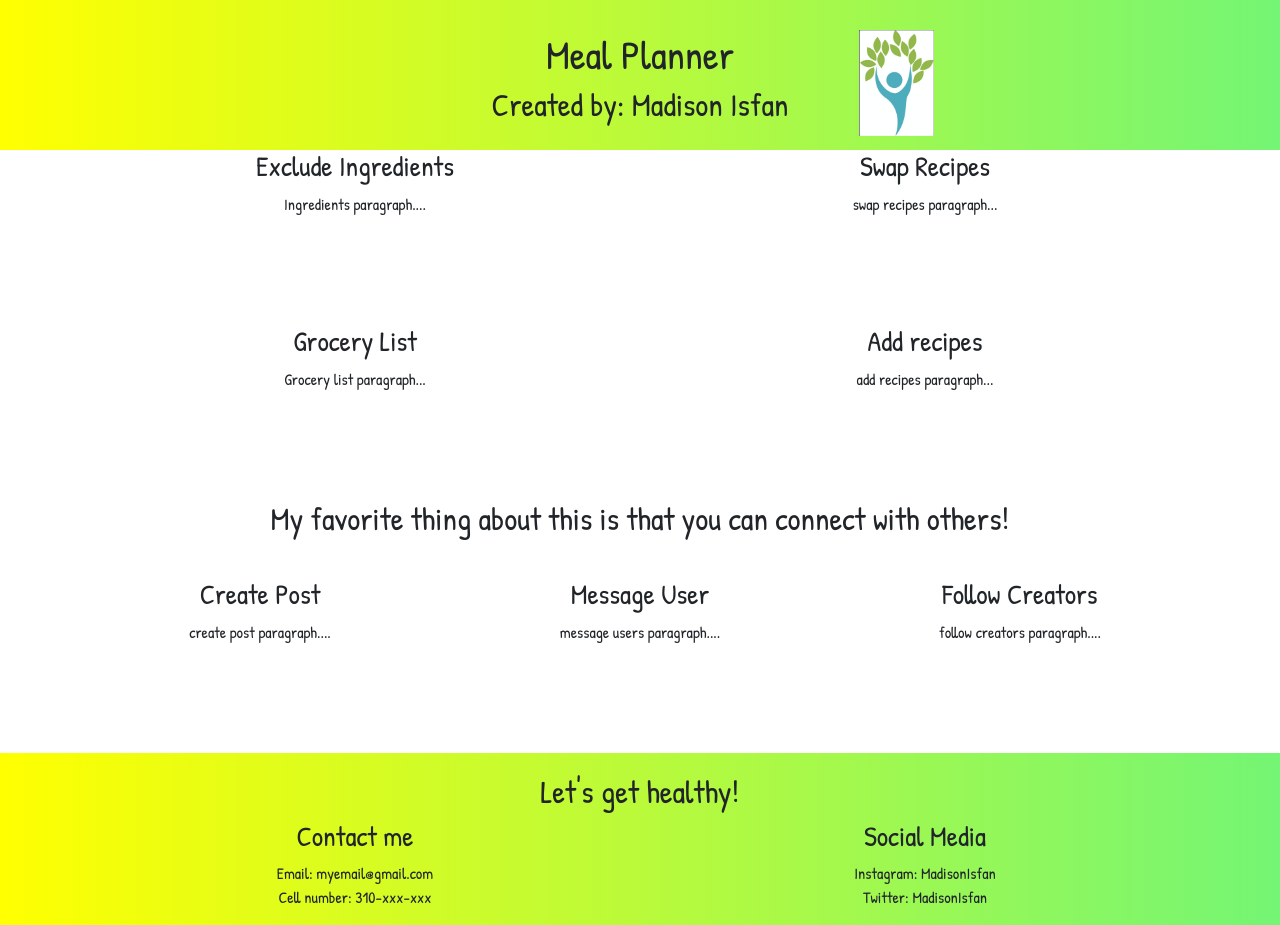
Repository: madisonisfan/Meal-Planner
Page: index.html
An editor plug-in stored every save of this project. The page is shown before and after the next save, followed by the edit.
The browser window is 1280 px wide. The pictures show the whole page.
Some web libraries are served in a nearby version.

Above is the page before, as saved 2021-02-19 11:17:36.

### index.html
<!DOCTYPE html>
<head>

    <meta charset="utf-8"/>
    <meta name="viewport" content="width=device-width, initial-scale=1"/>

    <link rel="stylesheet" href="node_modules/bootstrap/dist/css/bootstrap.min.css" />

    <link rel="stylesheet" href="https://fonts.googleapis.com/css?family=Indie+Flower|Patrick+Hand" />
    <link rel="stylesheet" href="css/styles.css"/>
    <title> Meal Planner </title>
</head>

<body>

    <header class="jumbotron">

            <div class="row  justify-content-md-end"  > <!--"row align-self-center justify-content-start justify-content-lg-between"-->
                <!--<div class="col text-left ">
                    <!--<img src="healthySymbolSc.jpg">
                </div> -->
                <div class="col col-md-4 text-md-center"><!--col-5 col-md text-left text-md-center-->
                    <h1>Meal Planner</h1>
                    <h2>Created by: Madison Isfan</h2>
                </div>

                <div class="col col-md-4 text-right ">
                    <img src="healthySymbolSc.jpg">
                </div>




            </div>

    </header>

    <div class="container ">
        <div class="row row-content">
            <div class="col-12 text-center col-md">
                <h3>Exclude Ingredients</h3>
                <p>Ingredients paragraph....</p>
            </div>
            <div class="col-12 text-center col-md">
                <h3>Swap Recipes</h3>
                <p >swap recipes paragraph...</p>
            </div>
        </div>

        <div class="row row-content ">
            <div class="col-12 text-center col-md">
                <h3>Grocery List</h3>
                <p>Grocery list paragraph...</p>
            </div>
            <div class="col-12 text-center col-md">
                <h3>Add recipes</h3>
                <p>add recipes paragraph...</p>
            </div>
        </div>

    </div> <!--End of container-->

    <div class="container">
        <div class="row align-items-start">
            <div class="col ">
                <h2 class=" extra-header text-center">My favorite thing about this is that you can connect with others!</h2>
            </div>
        </div>
        <div class="row row-content align-items-start justify-content-center" >
            <div class="col-12 text-center col-md">
                <h3>Create Post</h3>
                <p>create post paragraph....</p>

            </div>
            <div class="col-12 text-center col-md">
                <h3>Message User</h3>
                <p>message users paragraph....</p>
            </div>
            <div class="col-12 text-center col-md">
                <h3>Follow Creators</h3>
                <p>follow creators paragraph....</p>
            </div>

        </div>

    </div>

    <footer>
        <div class="container">
            <div class="row">
                <div class ="col">
                    <h2 class="text-center"> Let's get healthy! </h2>
                </div>
            </div>

            <div class="row">
                <div class="col-12 text-center col-md">
                    <h3 >Contact me</h3>
                    <ul class="list-unstyled">
                        <li>Email: myemail@gmail.com</li>
                        <li>Cell number: 310-xxx-xxx</li>
                    </ul>

                </div>
                <div class="col-12 text-center col-md">
                    <h3 >Social Media</h3>
                    <ul class="list-unstyled">
                        <li>Instagram: MadisonIsfan</li>
                        <li>Twitter: MadisonIsfan</li>
                    </ul>

                </div>
            </div>
        </div>
    </footer>


    <script src="node_modules/jquery/dist/jquery.slim.min.js"></script>
    <script src="node_modules/popper.js/dist/umd/popper.min.js"></script>
    <script src="node_modules/bootstrap/dist/js/bootstrap.min.js"></script>
</body>


</html>

### css/styles.css
header {
  padding: 20px;
  height: 150px;
}
body {
  font-family: "Patrick Hand";
}

footer {
  background-image: linear-gradient(to right, yellow, rgb(116, 245, 116));
  padding-top: 20px;
}

img {
  width: 75px;
}

.row-content {
  min-height: 175px;
}

.jumbotron {
  padding: 30px;
  background-image: linear-gradient(to right, yellow, rgb(116, 245, 116));
}

.extra-header {
  margin-bottom: 40px;
}

After the next save:
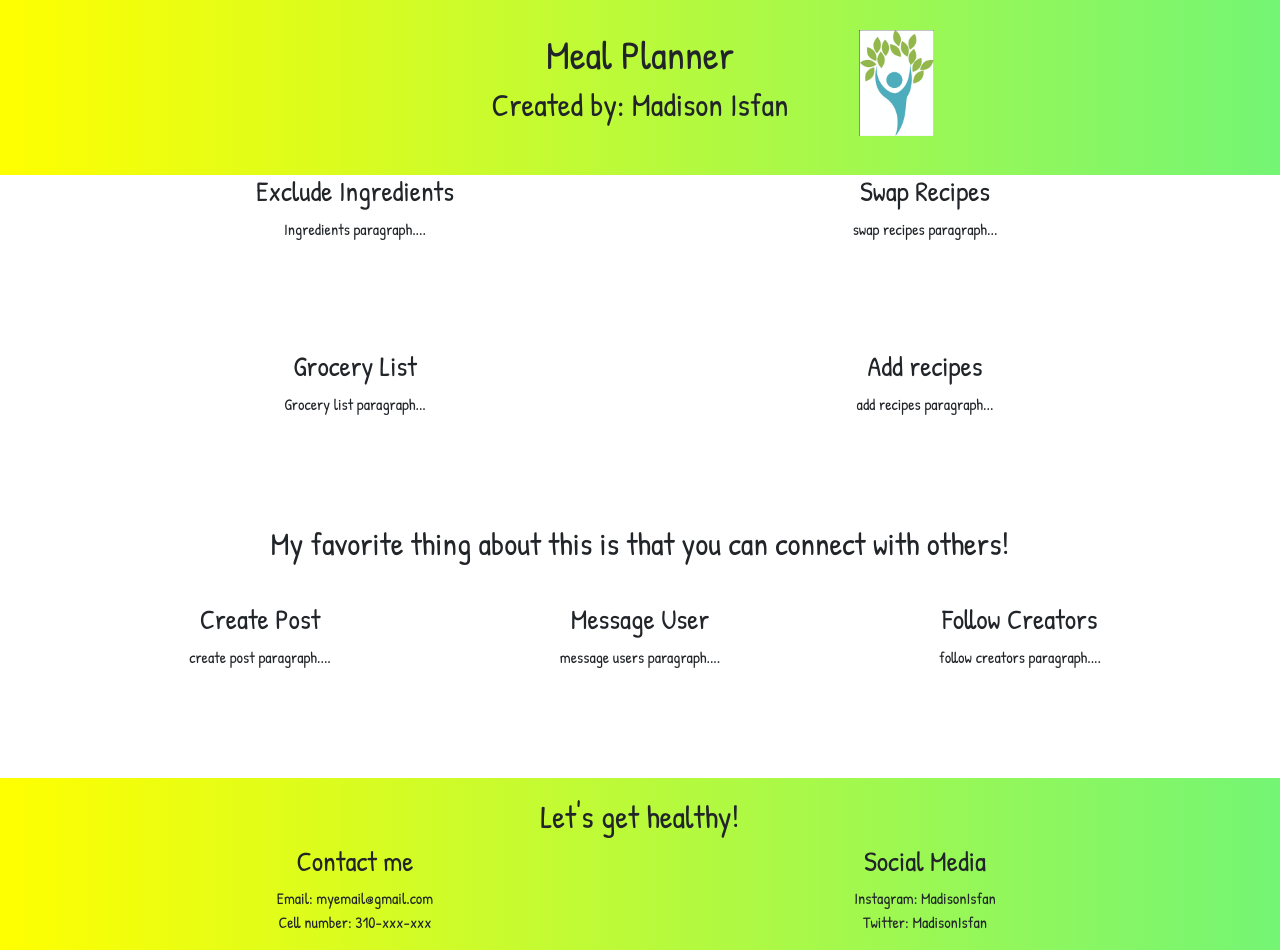
Saved 90 s later.
--- a/css/styles.css
+++ b/css/styles.css
@@ -1,6 +1,6 @@
 header {
   padding: 20px;
-  height: 150px;
+  height: 175px;
 }
 body {
   font-family: "Patrick Hand";
